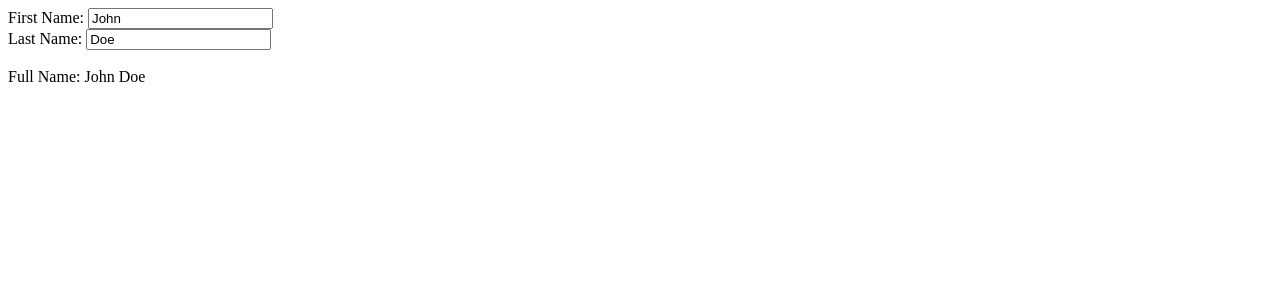
Repository: jack-1195/dtproject
Page: angular/AngularJS/WebContent/AngulaJS/Controller/ExternalModulecontroller.html
An editor plug-in stored every save of this project. The page is shown before and after the next save, followed by the edit.
The browser window is 1280 px wide. The pictures show the whole page.
Some web libraries are served in a nearby version.

Above is the page before, as saved 2016-07-04 06:25:28.

### angular/AngularJS/WebContent/AngulaJS/Controller/ExternalModulecontroller.html
<!DOCTYPE html>
<html>
<script src="http://ajax.googleapis.com/ajax/libs/angularjs/1.4.8/angular.min.js"></script>
<body>

<div ng-app="myApp" ng-controller="myCtrl">

First Name: <input type="text" ng-model="firstName"><br>
Last Name: <input type="text" ng-model="lastName"><br>
<br>
Full Name: {{firstName + " " + lastName}}

</div>

<script>
var app = angular.module('myApp', []);
app.controller('myCtrl', function($scope) {
    $scope.firstName = "John";
    $scope.lastName = "Doe";
});
</script>

</body>
</html>

After the next save:
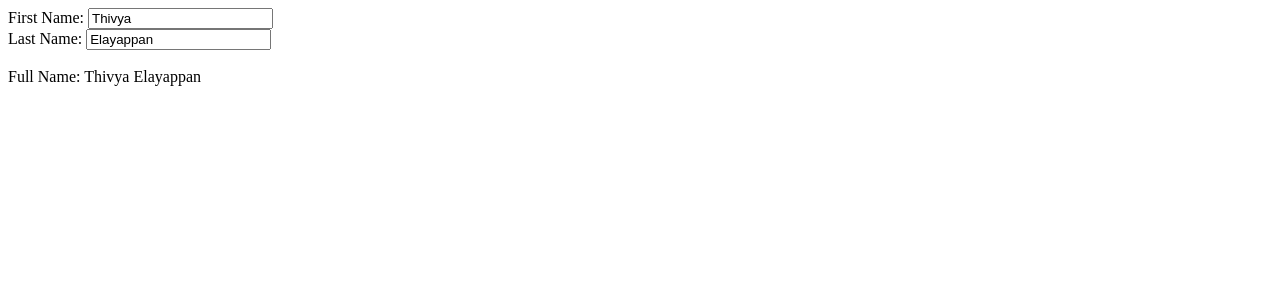
Saved 26 s later.
--- a/angular/AngularJS/WebContent/AngulaJS/Controller/ExternalModulecontroller.html
+++ b/angular/AngularJS/WebContent/AngulaJS/Controller/ExternalModulecontroller.html
@@ -15,8 +15,8 @@ Full Name: {{firstName + " " + lastName}}
 <script>
 var app = angular.module('myApp', []);
 app.controller('myCtrl', function($scope) {
-    $scope.firstName = "John";
-    $scope.lastName = "Doe";
+    $scope.firstName = "Thivya";
+    $scope.lastName = "Elayappan";
 });
 </script>
 
